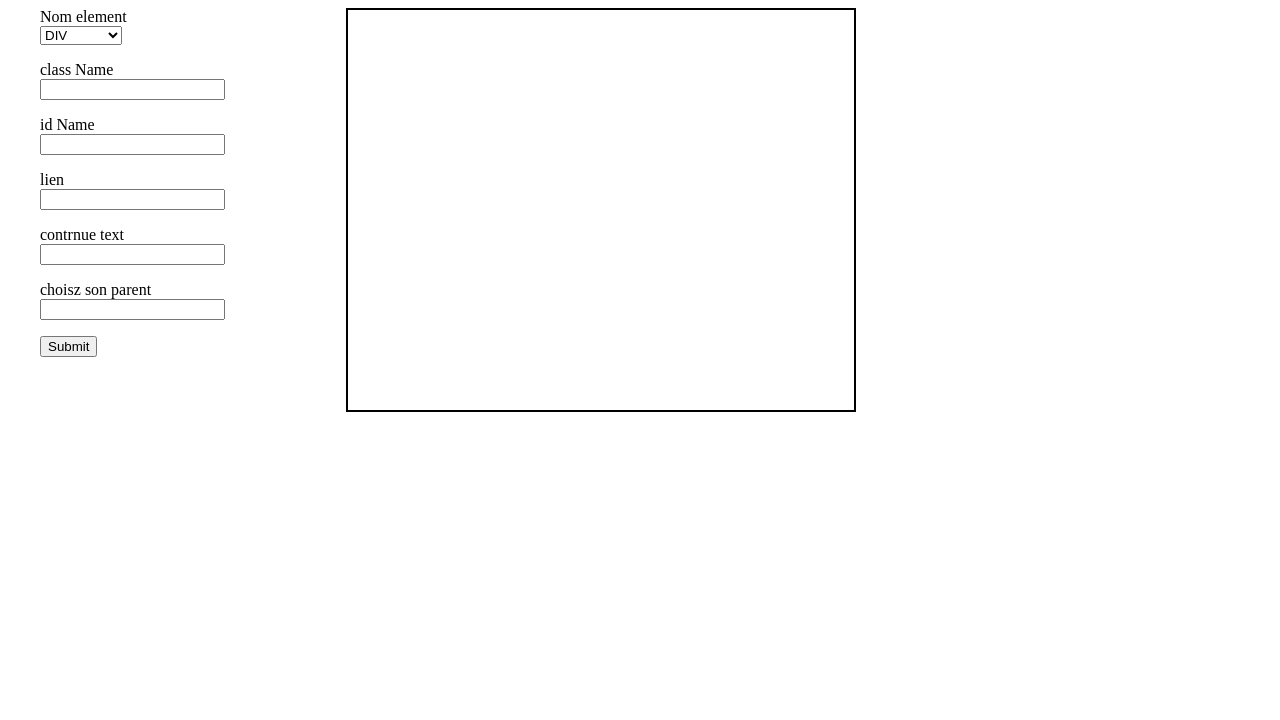
Repository: clairedupuich/excercice
Page: javaScript/CeerDivAvecFormulair/div.html
The author's editor kept a copy of each file at every save. The page is drawn from the files as they stood at one save, then again after the next save.
The browser window is 1280 px wide. The pictures show the whole page.

Above is the page before, as saved 2020-10-15 09:12:17.

### javaScript/CeerDivAvecFormulair/div.html
<!DOCTYPE html>
<html>
<head>
    <meta charset="UTF-8">
    <meta name="viewport" content="width=device-width, initial-scale=1.0">
    <title>creer des elements</title>
    <link rel="stylesheet" href="div.css">
</head>
<body>
    <form action="" method="POST">
<div class = "contentForm">
    <label for = "elements">Nom element</label><br>
    <select id ="elements" name="elements">
        <option value="div">DIV</option>
        <option value="p">P</option>
        <option value="h1">H1</option>
        <option value="section">SECTION</option>
        <option value="a">A</option>
        <option value="span">SPAN</option>
        <option value="header">HEADER</option>
        <option value="main">MAIN</option>
        <option value="footer">FOOTER</option>
    </select>
</div>
<div class = "contentForm">
    <label for = "className">class Name</label><br>
    <input id ="className" name="className" type="text">
</div>
<div class = "contentForm">
    <label for = "idName">id Name</label><br>
    <input id ="idName" name="idName" type="text">
</div>
<div class = "contentForm">
    <label for = "lienName">lien</label><br>
    <input id ="lienName" name="lienName" type="url">
</div>
<div class = "contentForm">
    <label for = "cont">contrnue text</label><br>
    <input id ="cont" name="cont" type="text">
</div>
<div class = "contentForm">
    <label for = "parentName">choisz son parent</label><br>
    <input id ="parentName" name="parentName" type="text">
</div>
<button type="submit" class="btn">Submit</button>
   <!--  <input type="submit" value="ajouter"> -->
</form>
<div id = "vide"></div>



    <script src="div.js"></script>

</body>
</html>

### javaScript/CeerDivAvecFormulair/div.css
div {
    margin-bottom: 1em;
    text-align: justify;
}

form {
    float: left;
    margin-left: 2em;
}
#vide {
    width: 40%;
    height: 25em;
    float: right;
    border: 2px solid black;
    margin-right: 26em;
}

### javaScript/CeerDivAvecFormulair/div.js
let eleNom = document.getElementById("elements");
let claNom = document.getElementById("className");
let idNom = document.getElementById("inName");
let herfNom = document.getElementById("lienName");
let contNom = document.getElementById("cont");
let parNom = document.getElementById("parentName");
let addele = document.getElementById("vide");
let bouttonElem = document.getElementsByTagName("button")[0];//给boutton添加动作
bouttonElem.addEventListener("click",addElement);
//是否选择a决定下面lien的块是否存在。
eleNom.addEventListener("change",caseA);
function caseA (even){
    if (even.value === "a"){
        document.getElementById("lienName").style.display = "block";
    }else {
        document.getElementById("lienName").style.display = "none";
    }
}

//boutton动作以制作下面的块
function addElement(e){
    //初始化函数
    e.preventDefault();
  if(!document.getElementById(idNom.value)){  //检验拥有这个id的element是否已经存在，id是唯一的。
    let elem = document.createElement(eleNom.value);
    if(eleNom.value === 'a'){
        addele.href = herfNom ;
    }

    elem.value = eleNom.value;
    elem.className = claNom.value;
    elem.id = idNom.value;
    elem.href = herfNom.value;
    elem.textContent = contNom.value;
    elem.parentNode = parNom.value;
    elem.style.border= "2px solid black";
    elem.style.backgroundColor="blue";
    document.getElementById(parNom.value).appendChild(elem);
    //显示框里的项目
    let newOption = document.createElement('option');
    newOption.value = elem.id;
    newOption.innerHTML = eleNom.value+'#'+elem.id;
    addele.appendChild(newOption);

}else {
    alert('Un ID doit être unique\nVeuillez en entrer un autre');
  }

}

After the next save:
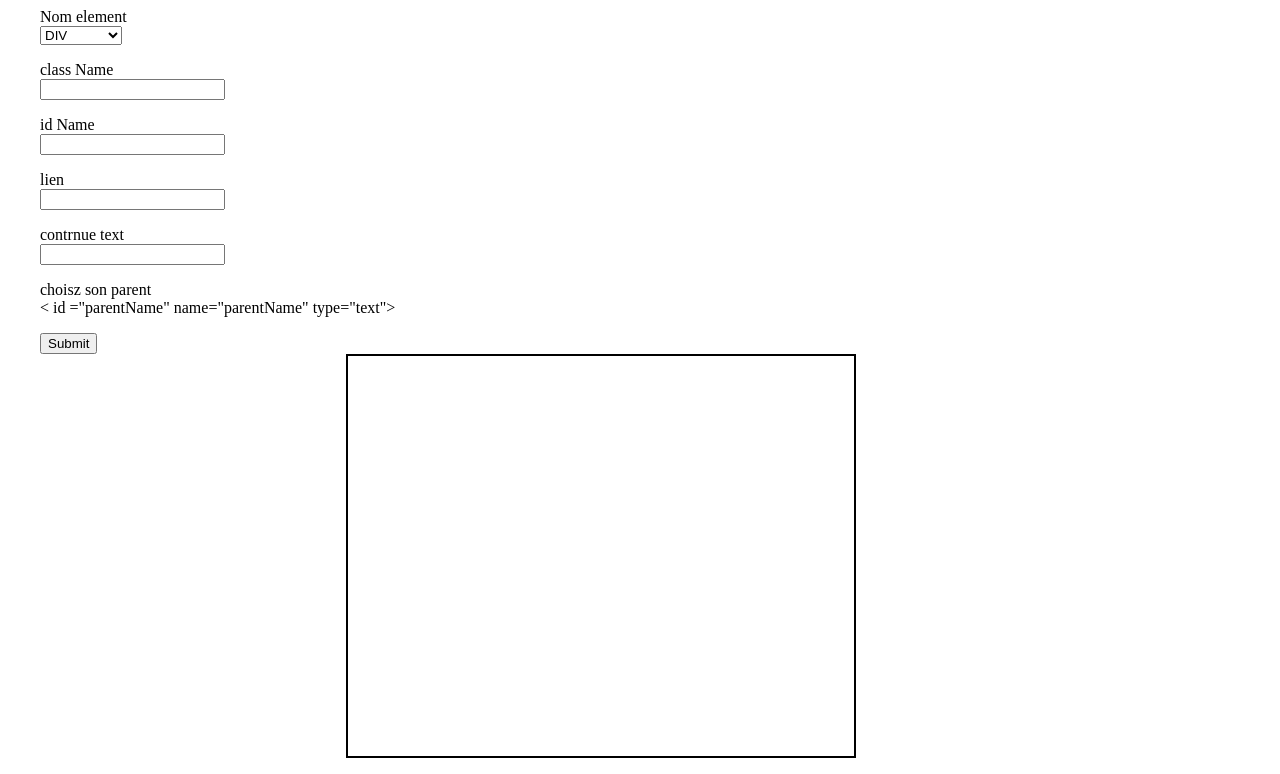
Saved 19 s later.
--- a/javaScript/CeerDivAvecFormulair/div.html
+++ b/javaScript/CeerDivAvecFormulair/div.html
@@ -40,7 +40,7 @@
 </div>
 <div class = "contentForm">
     <label for = "parentName">choisz son parent</label><br>
-    <input id ="parentName" name="parentName" type="text">
+    < id ="parentName" name="parentName" type="text">
 </div>
 <button type="submit" class="btn">Submit</button>
    <!--  <input type="submit" value="ajouter"> -->
